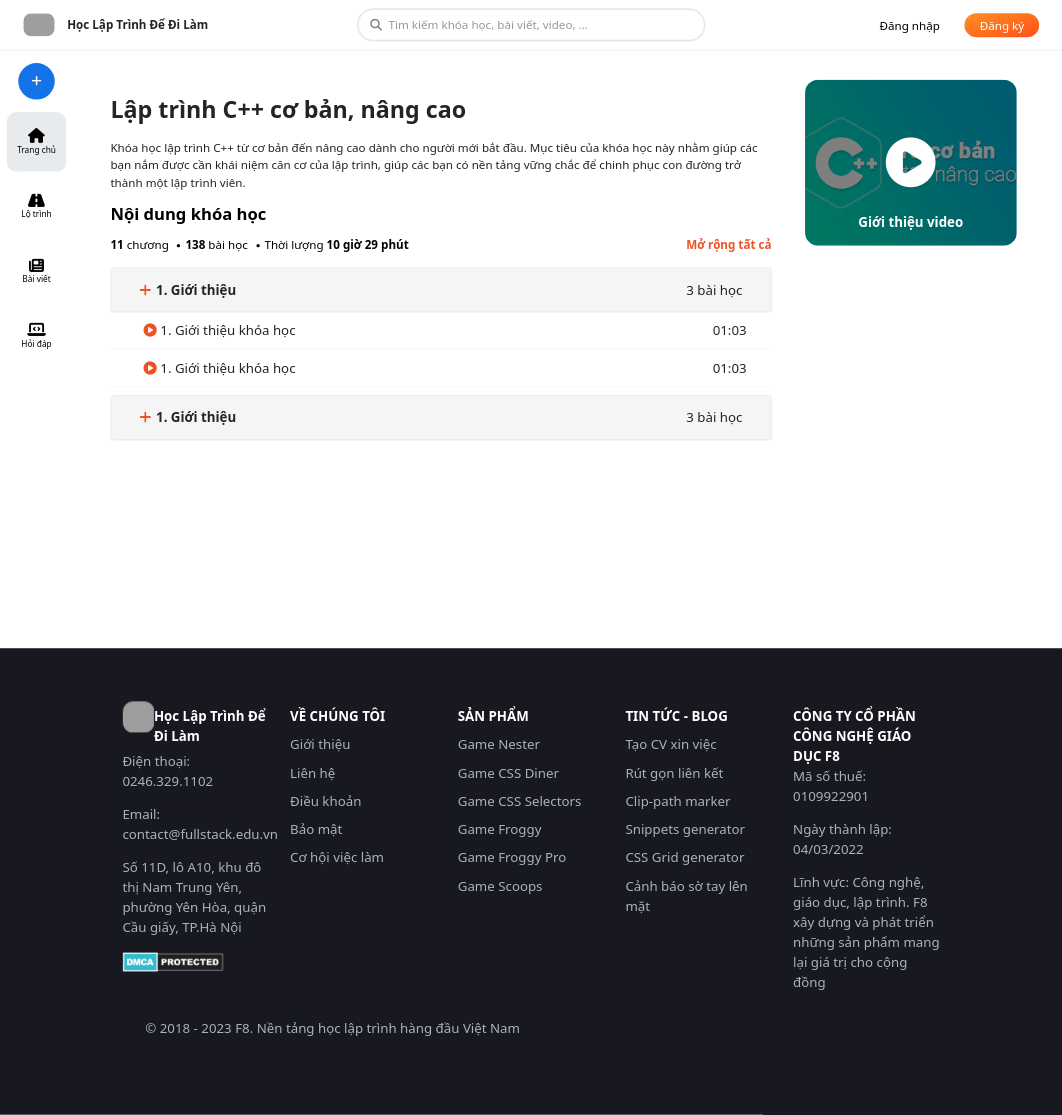
Repository: Quoc-Thang/projectasm
Page: introcourse.html
The author's editor kept a copy of each file at every save. The page is drawn from the files as they stood at one save, then again after the next save.
The browser window is 1280 px wide. The pictures show the whole page, at 83% of full size.
Pictures or frames that could not be fetched are drawn as grey boxes. Some web libraries are served in a nearby version.

Above is the page before, as saved 2023-11-30 22:53:44.

### introcourse.html
<!DOCTYPE html>
<html lang="vi">
  <head>
    <meta charset="UTF-8" />
    <meta name="viewport" content="width=device-width, initial-scale=1.0" />
    <title>F8 - Học lập trình để đi làm</title>
    <!-- Preconnect -->
    <link rel="preconnect" href="https://unpkg.com/aos@2.3.1" />
    <link
      rel="preconnect"
      href="https://cdn.jsdelivr.net/npm/bootstrap@5.3.2" />
    <link rel="preconnect" href="https://kit.fontawesome.com" />
    <link rel="preconnect" href="https://fonts.googleapis.com" />
    <link rel="preconnect" href="https://fonts.gstatic.com" crossorigin />

    <!-- AOS -->
    <link href="https://unpkg.com/aos@2.3.1/dist/aos.css" rel="stylesheet" />

    <!-- Bootstrap -->
    <link
      href="https://cdn.jsdelivr.net/npm/bootstrap@5.3.2/dist/css/bootstrap.min.css"
      rel="stylesheet"
      integrity="sha384-T3c6CoIi6uLrA9TneNEoa7RxnatzjcDSCmG1MXxSR1GAsXEV/Dwwykc2MPK8M2HN"
      crossorigin="anonymous" />

    <!-- Google Fonts -->
    <link
      href="https://fonts.googleapis.com/css2?family=Poppins:wght@100;200;300;400&family=Roboto:wght@100;300;400&display=swap"
      rel="stylesheet" />

    <!-- CSS -->
    <link rel="stylesheet" href="./view/assets/css/reset.css" />
    <link rel="stylesheet" href="./view/assets/css/synthetic.css" />
    <link rel="stylesheet" href="./view/assets/css/header.css" />
    <link rel="stylesheet" href="./view/assets/css/nav.css" />
    <link rel="stylesheet" href="./view/assets/css/slider.css" />
    <link rel="stylesheet" href="./view/assets/css/wrappercontent.css" />
    <link rel="stylesheet" href="./view/assets/css/footer.css" />
    <link rel="stylesheet" href="./view/assets/css/introcourse.css">
  </head>

  <body>
    <!-- Content -->
    <div id="wrapper">
      <!-- Header -->
      <header>
        <div class="row wrap-header">
          <!-- Logo Website -->
          <div class="col-4">
            <div class="logo">
              <a href="/">
                <img src="./view/assets/image/Logo.png" alt="Logo Website" />
              </a>
              <h4 class="logoTxt">Học Lập Trình Để Đi Làm</h4>
            </div>
          </div>

          <!-- Search -->
          <div class="col-4">
            <div class="form-search">
              <form action="" method="post">
                <div class="form">
                  <button type="submit">
                    <i class="fa-solid fa-magnifying-glass"></i>
                  </button>
                  <input
                    type="search"
                    placeholder="Tìm kiếm khóa học, bài viết, video, ..."
                    name="searchTxt"
                    id="search-input"
                    autocomplete="off"
                    />
                </div>
              </form>
              <div class="card-search">
                <div class="heading-card-search">
                  <i class="fa-solid fa-magnifying-glass"></i>
                  <span>Kết quả tìm kiếm cho:</span>
                </div>
                <div class="content-card-search">
                  <div class="title-content">
                    <h2>
                      Khóa học
                    </h2>
                    <a href="#">
                      Xem thêm
                    </a>
                  </div>
                  <ul class="main-content" id="apiData">
                    <li>
                      <a href="#">
                        <img src="./view/assets/image/htmlcsszerohero.png" alt="Image course">
                        <span>
                          HTML, CSS từ cơ bản đến nâng cao
                        </span>
                      </a>
                    </li>
                    <li>
                      <a href="#">
                        <img src="./view/assets/image/htmlcsspro.png" alt="Image course">
                        <span>
                          HTML, CSS Pro
                        </span>
                      </a>
                    </li>
                    <li>
                      <a href="#">
                        <img src="./view/assets/image/sass.png" alt="Image course">
                        <span>
                          Ngôn ngữ tiền xử lý sass
                        </span>
                      </a>
                    </li>
                  </ul>
                </div>
              </div>
            </div>
          </div>

          <!-- Account -->
          <div class="col-4">
            <div class="account">
              <div class="login">
                <a class="openLogin" href="javascript:void(0)"> Đăng nhập </a>
              </div>
              <div class="signup">
                <a class="openSignup" href="javascript:void(0)"> Đăng ký </a>
              </div>
            </div>
          </div>
        </div>
      </header>

      <main id="main-content">
        <!-- Sidebar -->
        <nav class="menu-sidebar">
          <div class="sidebar">
            <div id="news-post" onclick="newsPost()">
              <a id="rotate" href="javascript:void(0)">
                <i class="fa-solid fa-plus"></i>
              </a>
              <span id="model-news">Thêm tin tức mới</span>
            </div>
            <ul>
              <li>
                <a class="menu-sidebar active" href="#">
                  <i class="fa-solid fa-house"></i>
                  <span class="txt-menu"> Trang chủ </span>
                </a>
              </li>
              <li>
                <a class="menu-sidebar" href="#">
                  <i class="fa-solid fa-road"></i>
                  <span class="txt-menu"> Lộ trình </span></a
                >
              </li>
              <li>
                <a class="menu-sidebar" href="#">
                  <i class="fa-solid fa-newspaper"></i>
                  <span class="txt-menu"> Bài viết </span></a
                >
              </li>
              <li>
                <a class="menu-sidebar" href="#">
                  <i class="fa-solid fa-laptop-code"></i>
                  <span class="txt-menu"> Hỏi đáp </span></a
                >
              </li>
            </ul>
          </div>
        </nav>

        <!-- Article -->
        <article id="main">

          <!-- Wrapper Content Main -->
          <div class="wrapper-content">
            <div class="intro-course">
              <div class="content-course">
                <div class="heading-course">
                  <h1 class="title-heading-course">
                    Lập trình C++ cơ bản, nâng cao
                  </h1>
                  <p class="desc-course">
                    Khóa học lập trình C++ từ cơ bản đến nâng cao dành cho người mới bắt đầu. Mục tiêu của khóa học này nhằm giúp các bạn nắm được cần khái niệm căn cơ của lập trình, giúp các bạn có nền tảng vững chắc để chinh phục con đường trở thành một lập trình viên.
                  </p>
                </div>
                <div class="main-content-course">
                  <div class="content-course-top">
                    <h2 class="title-course">
                      Nội dung khóa học
                    </h2>
                    <div class="desc-content-course">
                      <ul>
                        <li>
                          <a href="#">
                            <strong>
                              11
                            </strong>
                            chương
                          </a>
                        </li>
                        <li>
                          <a href="#">
                            <strong>
                              138
                            </strong>
                            bài học
                          </a>
                        </li>
                        <li>
                          <a href="#">
                            Thời lượng
                            <strong>
                              10 giờ 29 phút
                            </strong>
                          </a>
                        </li>
                      </ul>
                      <a class="read-more" href="#">
                        Mở rộng tất cả
                      </a>
                    </div>
                  </div>

                    <div class="list-panels-course">
                      <div class="list-panel-course">
                        <div class="panel-left">
                          <div class="icon-panel">
                              <i class="fa-solid fa-plus" style="color: #f05123;"></i>
                              <i class="fa-solid fa-minus" style="color: #f05123;"></i>
                          </div>
                          <span>
                            1. Giới thiệu
                          </span>
                        </div>
                        <div class="panel-right">
                          <span>
                            3 bài học
                          </soan>
                        </div>
                      </div>

                      <!-- List tab panel -->
                      <div class="list-tab-panel">
                        <!-- Tab panel -->
                        <div class="tab-panel">
                          <span class="desc-panel">
                            <i class="fa-solid fa-circle-play" style="color: #f05123;"></i>
                            1. Giới thiệu khóa học
                          </span>
                          <span class="desc-time">
                            01:03
                          </span>
                        </div>

                        <div class="tab-panel">
                          <span class="desc-panel">
                            <i class="fa-solid fa-circle-play" style="color: #f05123;"></i>
                            1. Giới thiệu khóa học
                          </span>
                          <span class="desc-time">
                            01:03
                          </span>
                        </div>
                      </div>
                    </div>

                    <div class="list-panels-course">
                      <div class="list-panel-course">
                        <div class="panel-left">
                          <div class="icon-panel">
                              <i class="fa-solid fa-plus" style="color: #f05123;"></i>
                              <i class="fa-solid fa-minus" style="color: #f05123;"></i>
                          </div>
                          <span>
                            1. Giới thiệu
                          </span>
                        </div>
                        <div class="panel-right">
                          <span>
                            3 bài học
                          </soan>
                        </div>
                      </div>
                    <!-- List tab panel -->
                    <div class="list-tab-panel">
                      <!-- Tab panel -->
                      <div class="tab-panel">
                        <span class="desc-panel">
                          <i class="fa-solid fa-circle-play" style="color: #f05123;"></i>
                          1. Giới thiệu khóa học
                        </span>
                        <span class="desc-time">
                          01:03
                        </span>
                      </div>

                      <div class="tab-panel">
                        <span class="desc-panel">
                          <i class="fa-solid fa-circle-play" style="color: #f05123;"></i>
                          1. Giới thiệu khóa học
                        </span>
                        <span class="desc-time">
                          01:03
                        </span>
                      </div>
                    </div>
                  </div>
                </div>
              </div>
              <div class="intro-video-course">
                <div class="first-intro-video-course">
                  <div class="img-video-course">
                    <div class="icon-play">
                      <i class="fa-solid fa-circle-play" style="color: #fff;"></i>
                    </div>
                  </div>
                  <div class="see-intro-course">
                    <span>
                      Giới thiệu video
                    </span>
                  </div>
                </div>
                <div class="second-intro-video-course"></div>
              </div>
            </div>
          </div>
        </article>
      </main>

      <!-- Footer -->
      <footer>
        <div class="content-footer">
          <!-- Footer top -->
          <div class="footer-top">
            <!-- Slogan -->
            <div class="slogan content-column-footer">
              <div class="footer-slogan title-footer">
                <figure>
                  <img src="./view/assets/image/Logo.png" alt="Logo Website" />
                </figure>
                <figcaption>
                  <span class="txt-slogan"> Học lập trình để đi làm </span>
                </figcaption>
              </div>
              <div class="footer-contact-list">
                <ul>
                  <li>
                    <p>Điện thoại: 0246.329.1102</p>
                  </li>
                  <li>
                    <p>Email: contact@fullstack.edu.vn</p>
                  </li>
                  <li>
                    <p>
                      Số 11D, lô A10, khu đô thị Nam Trung Yên, phường Yên Hòa,
                      quận Cầu giấy, TP.Hà Nội
                    </p>
                  </li>
                </ul>
              </div>
              <div class="footer-protect">
                <figure>
                  <a href="#">
                    <img
                      src="./view/assets/image/dmca.png"
                      alt="DMCA Protect" />
                  </a>
                </figure>
              </div>
            </div>

            <!-- About us -->
            <div class="about content-column-footer">
              <div class="title-footer about-us">
                <span>Về chúng tôi</span>
              </div>
              <nav class="list-about">
                <ul>
                  <li><a href="#">Giới thiệu</a></li>
                  <li><a href="#">Liên hệ</a></li>
                  <li><a href="#">Điều khoản</a></li>
                  <li><a href="#">Bảo mật</a></li>
                  <li><a href="#">Cơ hội việc làm</a></li>
                </ul>
              </nav>
            </div>

            <!-- Products -->
            <div class="product content-column-footer">
              <div class="title-footer product-type">
                <span>Sản phẩm</span>
              </div>
              <nav class="list-product">
                <ul>
                  <li><a href="#">Game Nester</a></li>
                  <li><a href="#">Game CSS Diner</a></li>
                  <li><a href="#">Game CSS Selectors</a></li>
                  <li><a href="#">Game Froggy</a></li>
                  <li><a href="#">Game Froggy Pro</a></li>
                  <li><a href="#">Game Scoops</a></li>
                </ul>
              </nav>
            </div>

            <!-- Tools -->
            <div class="tools content-column-footer">
              <div class="title-footer tools-type">
                <span>Tin tức - Blog</span>
              </div>
              <nav class="list-tools">
                <ul>
                  <li><a href="#">Tạo CV xin việc</a></li>
                  <li><a href="#">Rút gọn liên kết</a></li>
                  <li><a href="#">Clip-path marker</a></li>
                  <li><a href="#">Snippets generator</a></li>
                  <li><a href="#">CSS Grid generator</a></li>
                  <li><a href="#">Cảnh báo sờ tay lên mặt</a></li>
                </ul>
              </nav>
            </div>

            <!-- Company -->
            <div class="company content-column-footer">
              <div class="title-footer company-type">
                <span>Công ty cổ phần công nghệ giáo dục F8</span>
              </div>
              <nav class="list-company">
                <ul>
                  <li>
                    <p href="#">Mã số thuế: <span>0109922901</span></p>
                  </li>
                  <li>
                    <p href="#">Ngày thành lập: <span>04/03/2022</span></p>
                  </li>
                  <li>
                    <p href="#">
                      Lĩnh vực:
                      <span
                        >Công nghệ, giáo dục, lập trình. F8 xây dựng và phát
                        triển những sản phẩm mang lại giá trị cho cộng đồng
                      </span>
                    </p>
                  </li>
                </ul>
              </nav>
            </div>
          </div>

          <!-- Footer bottom -->
          <div class="footer-bottom">
            <div class="copyright">
              <p>© 2018 - 2023 F8. Nền tảng học lập trình hàng đầu Việt Nam</p>
            </div>
            <div class="social-media">
              <!-- <img src="/images/icons/facebook.svg" alt="" />
              <img src="/images/icons/instagram.svg" alt="" />
              <img src="/images/icons/twitter.svg" alt="" />
              <img src="/images/icons/linkedin.svg" alt="" /> -->
            </div>
          </div>
          </div>
        </div>
      </footer>
    </div>
    <!-- Javascript -->
    <script src="./view/assets/javascript/sidebar.js"></script>
    <script src="./view/assets/javascript/introcourse.js"></script>
    <script src="./view/assets/javascript/formsearch.js"></script>
    <script src="./view/assets/javascript/formlogin.js"></script>
    <script src="./view/assets/javascript/formsignup.js"></script>

    <!-- Font Awesome -->
    <script
      src="https://kit.fontawesome.com/3e006365dd.js"
      crossorigin="anonymous"></script>

    <!-- Bootstrap -->
    <script
      src="https://cdn.jsdelivr.net/npm/bootstrap@5.3.2/dist/js/bootstrap.bundle.min.js"
      integrity="sha384-C6RzsynM9kWDrMNeT87bh95OGNyZPhcTNXj1NW7RuBCsyN/o0jlpcV8Qyq46cDfL"
      crossorigin="anonymous"></script>

    <!-- AOS -->
    <script src="https://unpkg.com/aos@2.3.1/dist/aos.js"></script>
    <script>
      AOS.init();
    </script>
  </body>
</html>

### view/assets/css/synthetic.css
:root {
  --system-ui: system-ui, "Segoe UI", Roboto, Helvetica, Arial, sans-serif,
    "Apple Color Emoji", "Segoe UI Emoji", "Segoe UI Symbol";
  --font-code: "SF Mono", monospace;
}

html,
body {
  min-height: 100% !important;
  height: 100%;
}

body {
  font-family: var(--system-ui);
  scroll-behavior: smooth;
  overflow-x: hidden;
}

main {
  display: flex;
}

#main {
  display: flex;
  flex-direction: column;
}

article {
  display: flex;
  min-width: 100vh;
}

#wrapper {
  width: 100%;
}

/* width */
::-webkit-scrollbar {
  width: 8px;
}

/* Track */
::-webkit-scrollbar-track {
  box-shadow: inset 0 0 5px grey;
  /* border-radius: 8px; */
}

/* Handle */
::-webkit-scrollbar-thumb {
  background: #a9a9a9;
  border-radius: 4px;
}

/* Handle on hover */
::-webkit-scrollbar-thumb:hover {
  background: #a9a9a9;
}

ul {
  list-style-type: none;
  margin: 0;
  padding: 0;
}

a {
  text-decoration: none;
}

### view/assets/css/introcourse.css
:root {
  --primary-color: #f05123;
  --background-color: #fff;
  --border-bottom: #e8ebed;
  --border-color: #1473e6;
  --background-hover: #f5f5f5;
  --border: #e8e8e8;
  --color-txt: #000;
  --background-color-menu: #f0f0f0;
}

.intro-course {
  display: flex;
  flex-direction: row;
}

.content-course {
  padding: 0 30px 0 0;
  width: 75%;
}

.title-heading-course {
  font-weight: 700;
  font-size: 28px;
}

.desc-course {
  font-size: 14px;
}

.list-panels-course {
  margin-bottom: 10px;
}

.title-course {
  font-size: 20px;
  font-weight: 700;
}

.desc-content-course {
  display: flex;
  gap: 20px;
  align-items: center;
  justify-content: space-between;
  margin-bottom: 16px;
}

.desc-content-course ul {
  display: flex;
  gap: 20px;
}

.desc-content-course ul li {
  position: relative;
}

.desc-content-course ul li:not(:last-child):after {
  content: "";
  position: absolute;
  border-radius: 50%;
  height: 4px;
  width: 4px;
  background-color: var(--color-txt);
  top: 50%;
  margin-left: 10px;
}

.desc-content-course a {
  color: var(--color-txt);
  font-size: 14px;
}

.read-more {
  color: var(--primary-color) !important;
  font-weight: 600;
  margin-right: 0;
}

.list-panel-course,
.panel-left {
  display: flex;
  gap: 20px;
  cursor: pointer;
}

.panel-left span {
  font-weight: 600;
}

.list-panel-course {
  justify-content: space-between;
  background-color: var(--background-hover);
  padding: 14px 34px;
  border-radius: 4px;
  box-shadow: 0 1px 1px rgba(0, 0, 0, 0.05);
  border: 1px solid #ebebeb;
  position: sticky;
  top: 0;
}

.icon-panel {
  position: relative;
}

.fa-plus,
.fa-minus {
  position: absolute;
  top: 50%;
  transform: translateY(-50%);
}

.list-tab-panel {
  width: 100%;
  height: 100%;
  /* display: flex; */
  /* flex-direction: column; */
  display: none;
}

.tab-panel {
  display: flex;
  justify-content: space-between;
  border: 1px solid #00000008;
  border-right: 0;
  border-top: 0;
  border-left: 0;
  padding: 10px 30px 10px 40px;
}

.fa-play {
  background-color: var(--primary-color);
  height: 14px;
  width: 14px;
  border-radius: 50%;
}

.play-video {
  font-size: 60px;
}

.intro-video-course {
  width: 25%;
  display: flex;
  justify-content: center;
}

.first-intro-video-course {
  width: calc(100% - 20px);
  position: relative;
  height: 200px;
  cursor: pointer;
}

.img-video-course {
  background-image: url("/view/assets/image/cppcobannangcao.png");
  background-position: center;
  background-origin: content-box;
  background-size: cover;
  background-repeat: no-repeat;
  width: 100%;
  height: 200px;
  display: flex;
  justify-content: center;
  align-items: center;
  border-radius: 16px;
  position: relative;
}

.icon-play {
  background-color: rgba(0, 0, 0, 0.5);
  height: 100%;
  width: 100%;
  display: flex;
  justify-content: center;
  align-items: center;
  border-radius: 16px;
}

.icon-play .fa-circle-play {
  font-size: 60px;
}

.see-intro-course {
  position: absolute;
  text-align: center;
  width: 100%;
  top: 160px;
  font-size: 16px;
  color: var(--background-color);
  font-weight: 600;
}

Loaded but not shown: view/assets/css/reset.css (common file); view/assets/javascript/formsignup.js (252 lines, source omitted); view/assets/javascript/formlogin.js (244 lines, source omitted); view/assets/javascript/introcourse.js (40 lines, source omitted); view/assets/javascript/sidebar.js (29 lines, source omitted); view/assets/javascript/formsearch.js (20 lines, source omitted); view/assets/css/slider.css (230 lines, source omitted); view/assets/css/wrappercontent.css (239 lines, source omitted); view/assets/css/nav.css (142 lines, source omitted); view/assets/css/header.css (164 lines, source omitted); view/assets/css/footer.css (90 lines, source omitted)

After the next save:
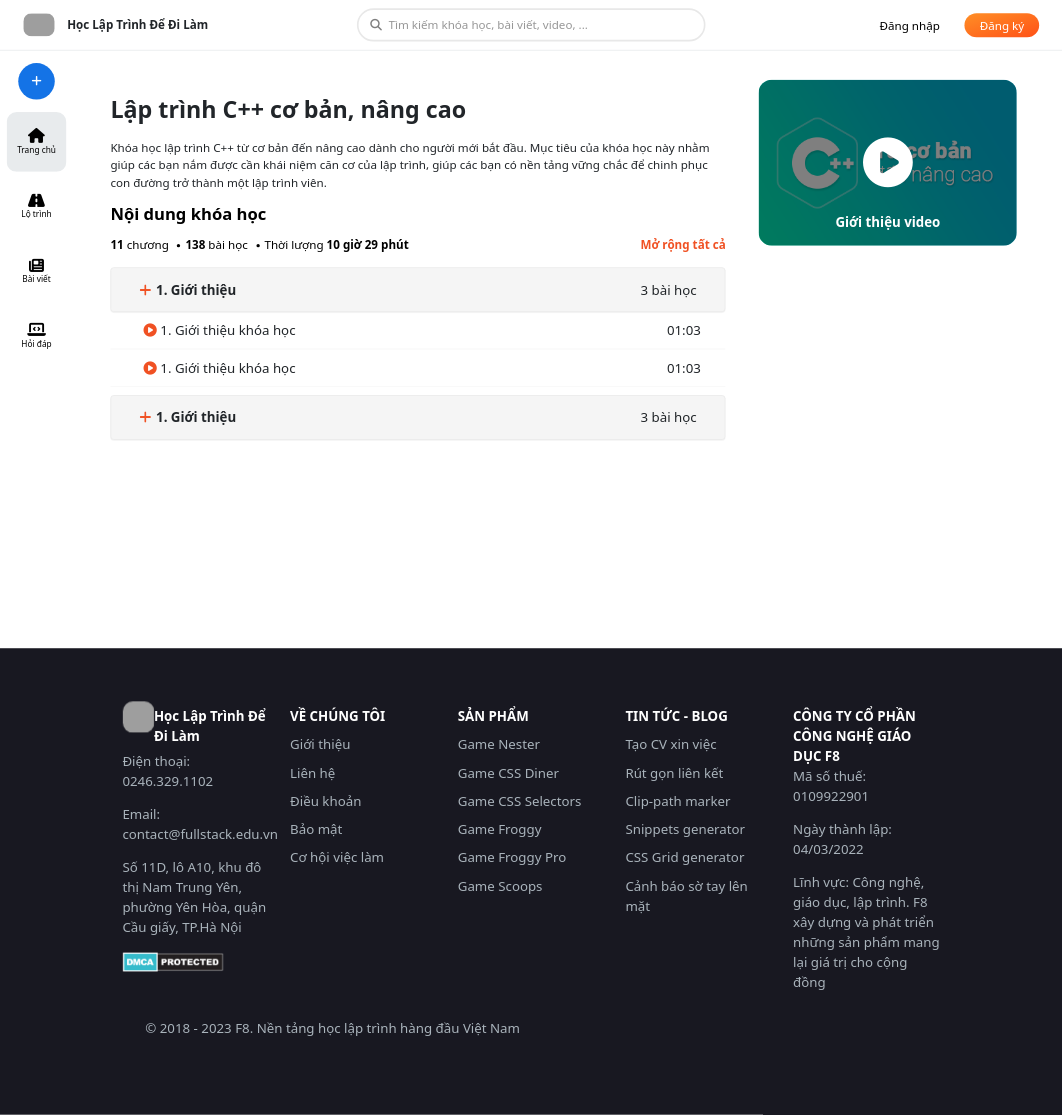
Saved 73 s later.
--- a/view/assets/css/introcourse.css
+++ b/view/assets/css/introcourse.css
@@ -16,7 +16,7 @@
 
 .content-course {
   padding: 0 30px 0 0;
-  width: 75%;
+  width: 70%;
 }
 
 .title-heading-course {
@@ -139,7 +139,7 @@
 }
 
 .intro-video-course {
-  width: 25%;
+  width: 30%;
   display: flex;
   justify-content: center;
 }
